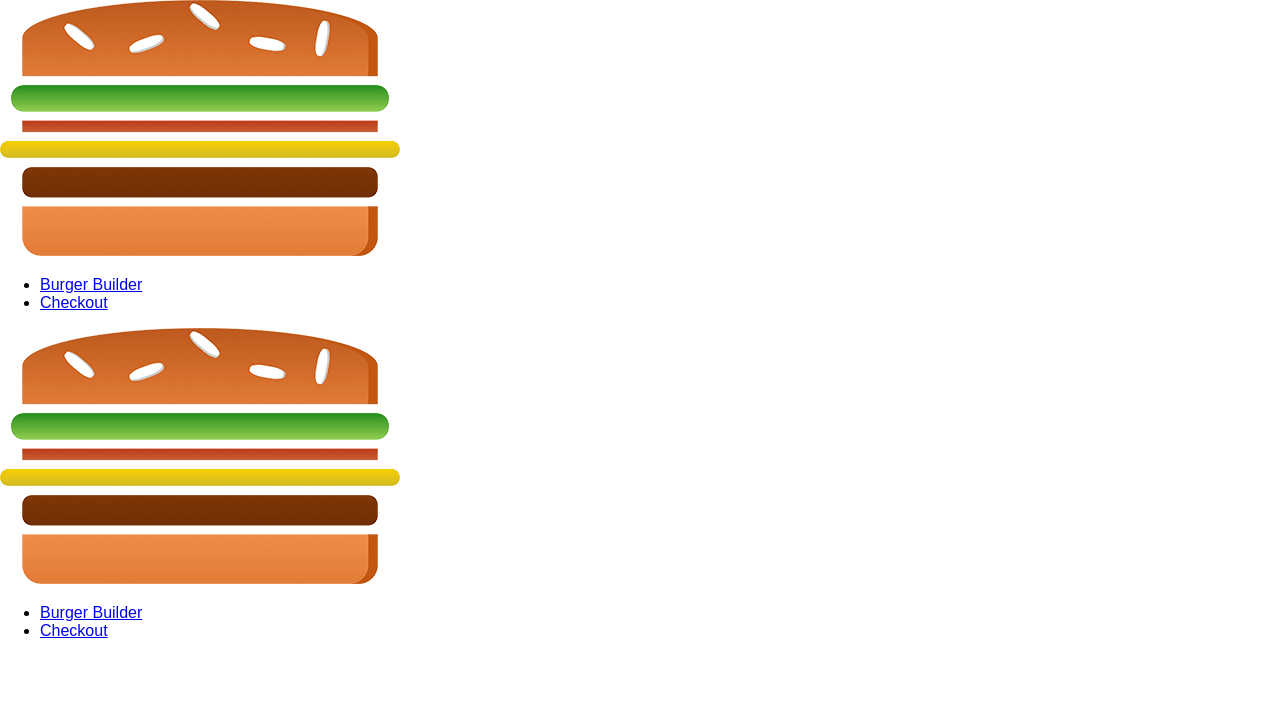
Repository: nidhi-abrol-sethi/react-burger-builder
Page: /
An editor plug-in stored every save of this project. The page is shown before and after the next save, followed by the edit.
The browser window is 1280 px wide. The pictures show the whole page.
The project was rebuilt for these pictures with package versions that can differ from the ones it lists, and the page was loaded fresh each time. Also part of the build but not shown: src/hoc/Layout/Layout.css, src/components/Navigation/Toolbar/Toolbar.css, src/components/Logo/Logo.css, src/components/Navigation/NavigationItems/NavigationItems.css, src/components/Navigation/NavigationItem/NavigationItem.css, src/components/Navigation/SideDrawer/DrawerToggle/DrawerToggle.css, src/components/UI/Backdrop/Backdrop.css, src/components/Navigation/SideDrawer/SideDrawer.css and 16 more.

Above is the page before, as saved 2020-05-05 22:44:07.

### public/index.html
<!DOCTYPE html>
<html lang="en">

<head>
  <meta charset="utf-8">
  <meta name="viewport" content="width=device-width, initial-scale=1, shrink-to-fit=no">
  <meta name="theme-color" content="#000000">
  <!--
      manifest.json provides metadata used when your web app is added to the
      homescreen on Android. See https://developers.google.com/web/fundamentals/engage-and-retain/web-app-manifest/
    -->
  <link rel="manifest" href="%PUBLIC_URL%/manifest.json">
  <link rel="shortcut icon" href="%PUBLIC_URL%/favicon.ico">
  <!--
      Notice the use of %PUBLIC_URL% in the tags above.
      It will be replaced with the URL of the `public` folder during the build.
      Only files inside the `public` folder can be referenced from the HTML.

      Unlike "/favicon.ico" or "favicon.ico", "%PUBLIC_URL%/favicon.ico" will
      work correctly both with client-side routing and a non-root public URL.
      Learn how to configure a non-root public URL by running `npm run build`.
    -->
  <link href="https://fonts.googleapis.com/css2?family=Open+Sans:wght@400;700&display=swap" rel="stylesheet">
  <title>MyBurger</title>
</head>

<body>
  <noscript>
    You need to enable JavaScript to run this app.
  </noscript>
  <div id="root"></div>
  <!--
      This HTML file is a template.
      If you open it directly in the browser, you will see an empty page.

      You can add webfonts, meta tags, or analytics to this file.
      The build step will place the bundled scripts into the <body> tag.

      To begin the development, run `npm start` or `yarn start`.
      To create a production bundle, use `npm run build` or `yarn build`.
    -->
</body>

</html>

### src/index.css
body {
  margin: 0;
  padding: 0;
  font-family: "Open-Sans", sans-serif;
}

### src/App.js
import React, { Component } from "react";

import Layout from "./hoc/Layout/Layout";
import BurgerBuild from "./containers/BurgerBuild/BurgerBuild";

class App extends Component {
  render() {
    return (
      <div>
        <Layout>
          <BurgerBuild />
        </Layout>
      </div>
    );
  }
}

export default App;

### src/hoc/Layout/Layout.js
import React, { Component } from "react";

import Aux from "../Aux/Aux";
import classes from "./Layout.css";
import Toolbar from "../../components/Navigation/Toolbar/Toolbar";
import SideDrawer from "../../components/Navigation/SideDrawer/SideDrawer";

class Layout extends Component {
  state = {
    showSideDrawer: true
  };
  sideDrawerClosedHandler = () => {
    this.setState({ showSideDrawer: false });
  };
  sideDrawerToggleHandler = () => {
    this.setState(prevState => {
      return { showSideDrawer: !prevState.showSideDrawer };
    });
  };
  render() {
    return (
      <Aux>
        <Toolbar drawerToggleClicked={this.sideDrawerToggleHandler} />
        <SideDrawer
          open={this.state.showSideDrawer}
          closed={this.sideDrawerClosedHandler}
        />
        <main className={classes.Content}>{this.props.children}</main>
      </Aux>
    );
  }
}

export default Layout;

### src/components/Navigation/Toolbar/Toolbar.js
import React from "react";

import classes from "./Toolbar.css";
import Logo from "../../Logo/Logo";
import NavigationItems from "../NavigationItems/NavigationItems";
import DrawerToggle from "../SideDrawer/DrawerToggle/DrawerToggle";

const toolbar = props => (
  <header className={classes.Toolbar}>
    <DrawerToggle clicked={props.drawerToggleClicked} />
    <div className={classes.Logo}>
      <Logo />
    </div>

    <nav className={classes.DesktopOnly}>
      <NavigationItems />
    </nav>
  </header>
);

export default toolbar;

### src/components/Navigation/SideDrawer/SideDrawer.js
import React from "react";
import Logo from "../../Logo/Logo";
import NavigationItems from "../NavigationItems/NavigationItems";
import Backdrop from "../../UI/Backdrop/Backdrop";
import Aux from "../../../hoc/Aux/Aux";
import classes from "./SideDrawer.css";

const sideDrawer = props => {
  let attachedClasses = [classes.SideDrawer, classes.Close];
  if (props.open) {
    attachedClasses = [classes.SideDrawer, classes.Open];
  }
  return (
    <Aux>
      <Backdrop show={props.open} clicked={props.closed} />
      <div className={attachedClasses.join(" ")}>
        <div className={classes.Logo}>
          <Logo />
        </div>

        <nav>
          <NavigationItems />
        </nav>
      </div>
    </Aux>
  );
};

export default sideDrawer;

### src/components/UI/Modal/Modal.js
import React, { Component } from "react";
import Aux from "../../../hoc/Aux/Aux";
import classes from "./Modal.css";
import Backdrop from "../Backdrop/Backdrop";

class Modal extends Component {
  shouldComponentUpdate(nextProps, nextState) {
    return (
      nextProps.show !== this.props.show ||
      nextProps.children !== this.props.children
    );
  }

  componentWillUpdate() {
    console.log("[Modal] will update");
  }
  render() {
    return (
      <Aux>
        <Backdrop show={this.props.show} clicked={this.props.modalClosed} />
        <div
          className={classes.Modal}
          style={{
            transform: this.props.show ? "translateY(0)" : "translateY(-100vh)",
            opacity: this.props.show ? "1" : "0"
          }}
        >
          {this.props.children}
        </div>
      </Aux>
    );
  }
}

export default Modal;

### src/hoc/WithErrorHandler/WithErrorHandler.js
import React from "react";
import Modal from "../../components/UI/Modal/Modal";
import Aux from "../Aux/Aux";

const withErrorHandler = WrappedComponent => {
  return props => {
    return (
      <Aux>
        <Modal>Somthing went wrong!</Modal>
        <wrappedComponent {...props} />
      </Aux>
    );
  };
};

export default withErrorHandler;

### src/components/Logo/Logo.js
import React from "react";

import burgerLogo from "../../assets/images/burger-logo.png";
import classes from "./Logo.css";
const logo = props => (
  <div className={classes.Logo}>
    <img src={burgerLogo} alt="MyBurger" />
  </div>
);

export default logo;

### src/components/Navigation/NavigationItems/NavigationItems.js
import React from "react";

import classes from "./NavigationItems.css";
import NavigationItem from "../NavigationItem/NavigationItem";

const navigationItems = props => (
  <ul className={classes.NavigationItems}>
    <NavigationItem link="/" active>
      Burger Builder
    </NavigationItem>
    <NavigationItem link="/">Checkout</NavigationItem>
  </ul>
);
export default navigationItems;

### src/components/Navigation/SideDrawer/DrawerToggle/DrawerToggle.js
import React from "react";

import classes from "./DrawerToggle.css";

const drawerToggle = props => (
  <div className={classes.DrawerToggle} onClick={props.clicked}>
    <div></div>
    <div></div>
    <div></div>
  </div>
);
export default drawerToggle;

### src/components/UI/Backdrop/Backdrop.js
import React from "react";

import classes from "./Backdrop.css";

const backdrop = props =>
  props.show ? (
    <div className={classes.Backdrop} onClick={props.clicked}></div>
  ) : null;

export default backdrop;

### src/components/Navigation/NavigationItem/NavigationItem.js
import React from "react";

import classes from "./NavigationItem.css";
const navigationItem = props => (
  <li className={classes.NavigationItem}>
    <a href={props.link} className={props.active ? classes.active : null}>
      {props.children}
    </a>
  </li>
);

export default navigationItem;

Loaded but not shown: src/index.js (common file); src/registerServiceWorker.js (common file); src/hoc/Aux/Aux.js (common file)

After the next save:
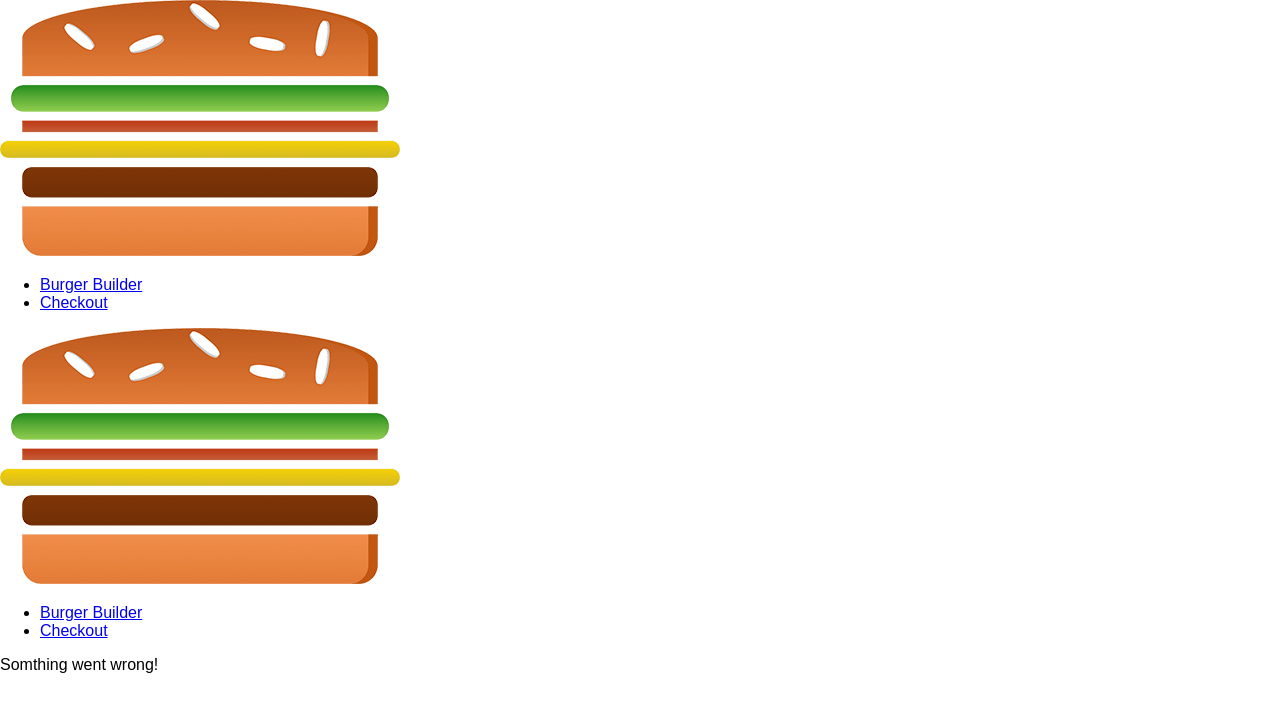
Saved 18 s later.
--- a/src/hoc/WithErrorHandler/WithErrorHandler.js
+++ b/src/hoc/WithErrorHandler/WithErrorHandler.js
@@ -6,7 +6,7 @@ const withErrorHandler = WrappedComponent => {
   return props => {
     return (
       <Aux>
-        <Modal>Somthing went wrong!</Modal>
+        <Modal show>Somthing went wrong!</Modal>
         <wrappedComponent {...props} />
       </Aux>
     );
